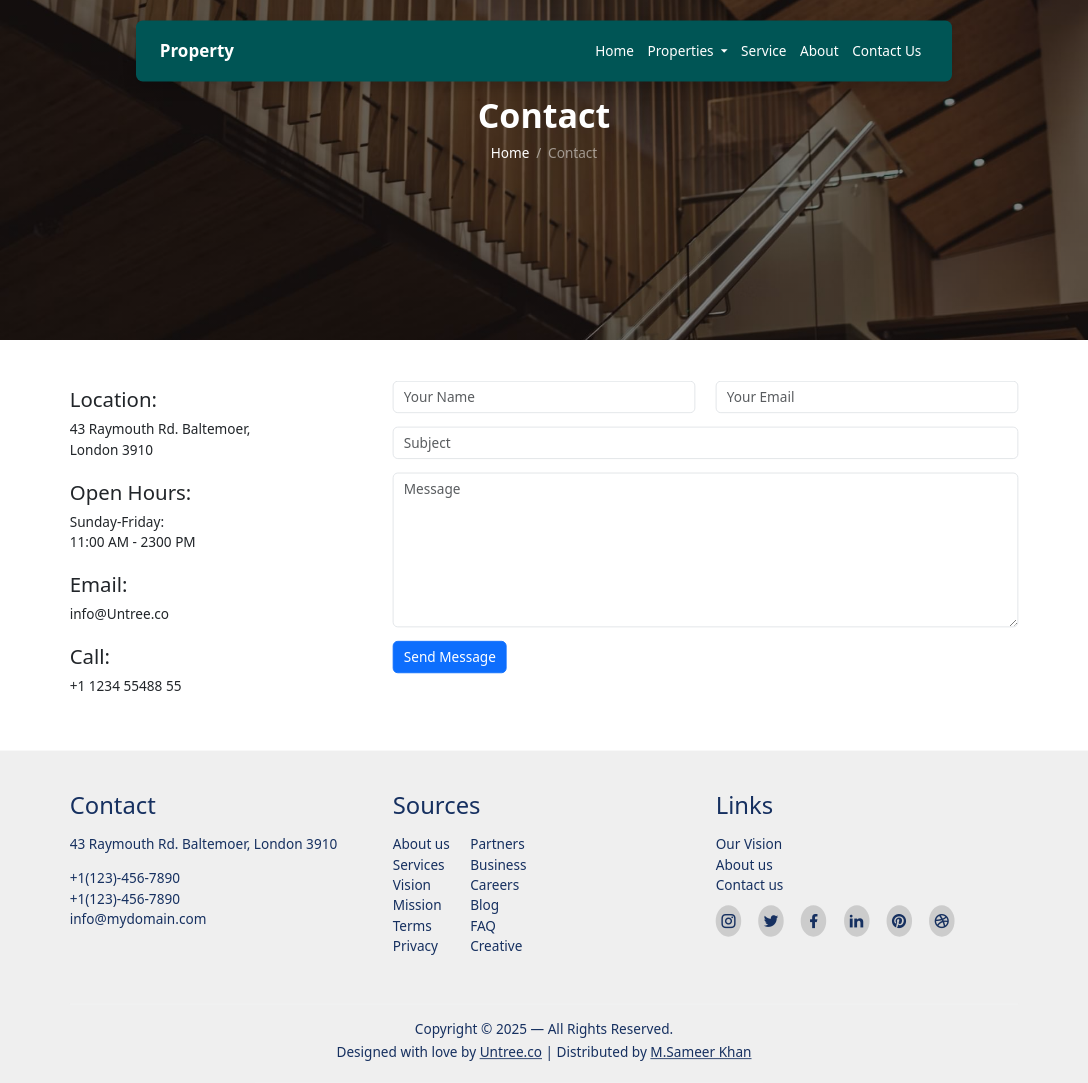
Repository: sameerrrrkhan911-git/Property
Page: contact.html
An editor plug-in stored every save of this project. The page is shown before and after the next save, followed by the edit.
The browser window is 1280 px wide. The pictures show the whole page, at 85% of full size.
Some icons come from a web library that is not loaded, so they are not drawn. Some web libraries are served in a nearby version.

Above is the page before, as saved 2025-09-28 21:17:47.
Console error: TypeError: Cannot read properties of undefined (reading 'length')

After the next save:
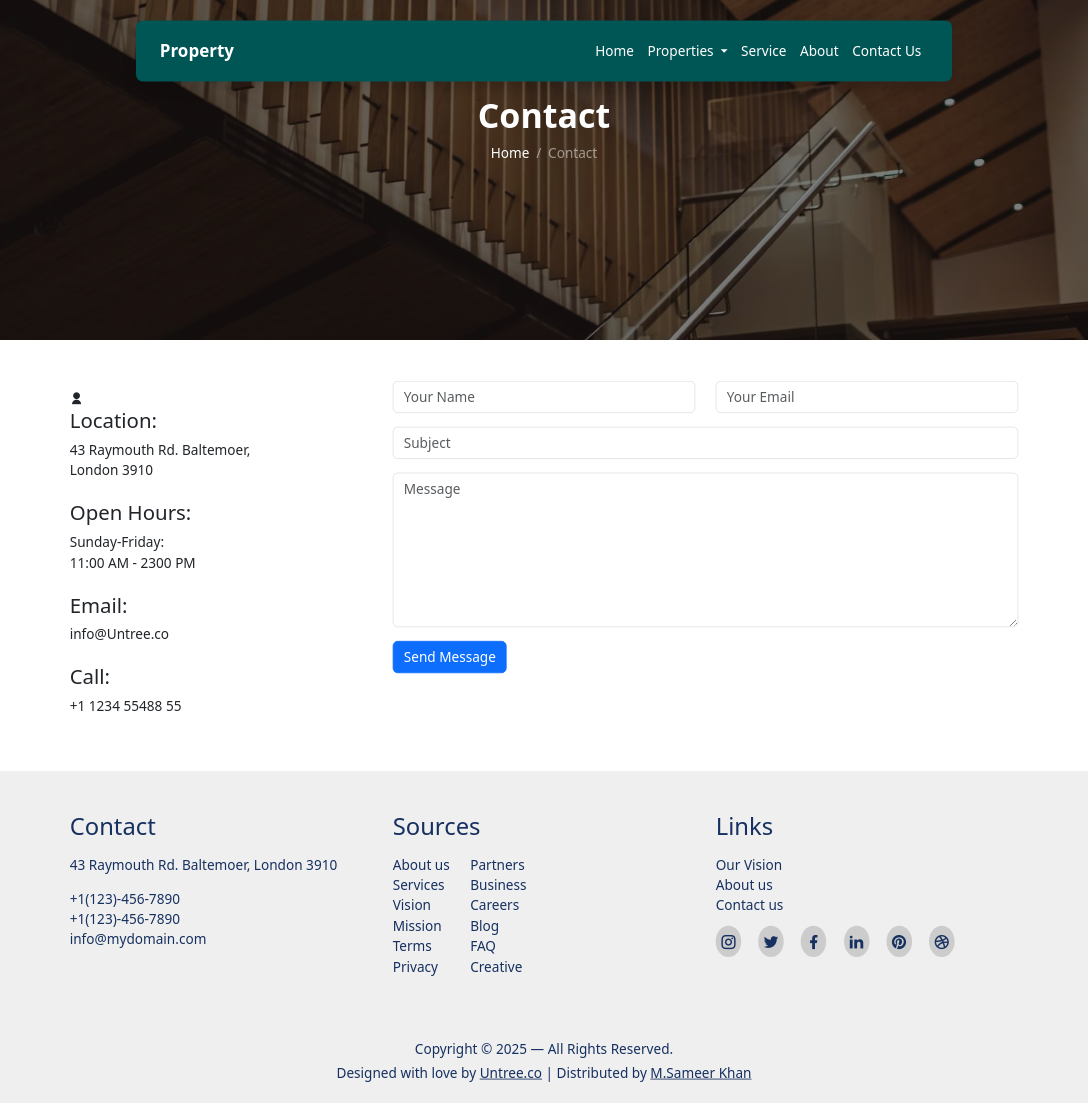
Saved 8 min 7 s later.
--- a/contact.html
+++ b/contact.html
@@ -101,7 +101,7 @@
           <div class="col-lg-4 mb-5 mb-lg-0 aos-init aos-animate" data-aos="fade-up" data-aos-delay="100">
             <div class="contact-info">
               <div class="address mt-2">
-                <i class="icon-room"></i>
+                <i class="ri-user-fill"></i>
                 <h4 class="mb-2">Location:</h4>
                 <p>
                   43 Raymouth Rd. Baltemoer,<br>
